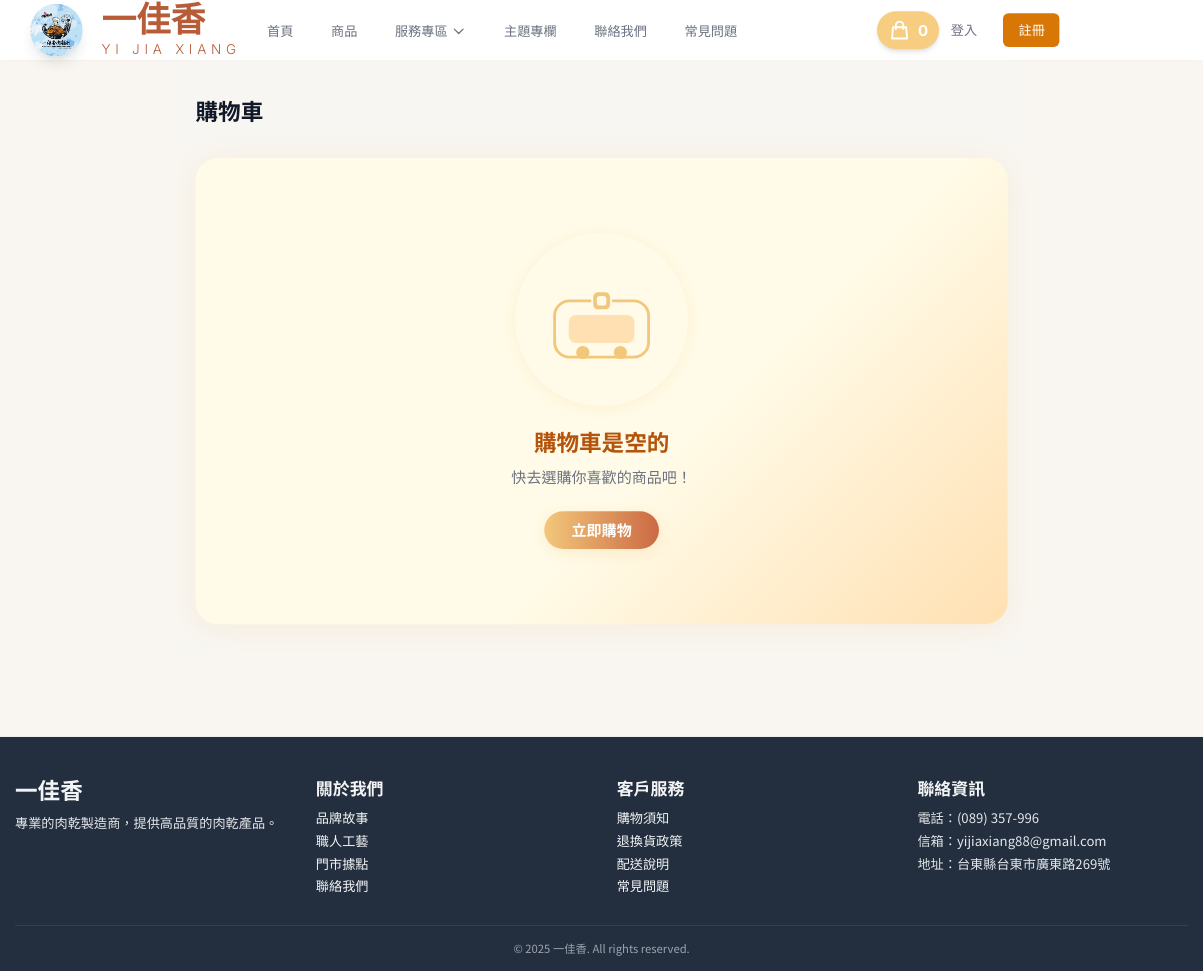
Repository: jack74387/YI-JIA-XIANG
Page: /cart (app in frontend/)
These files come from the project's save history. The page is drawn as it stood at one moment and after the next save; the edit follows.
The browser window is 1280 px wide. The pictures show the whole page, at 94% of full size.
The page's requests for data from a server got no answer. The project was rebuilt for these pictures with package versions that can differ from the ones it lists, and the page was loaded fresh each time. No one was signed in, and anything a server would have sent is missing. Also part of the build but not shown: frontend/vite.config.ts, frontend/src/components/ArticleBlock.vue, frontend/src/views/HomeView.vue, frontend/src/components/ProductImageGallery.vue, frontend/src/components/ProductInfo.vue, frontend/src/components/ProductTabs.vue, frontend/src/components/ProductAddToCartModal.vue, frontend/src/views/ProductDetailView.vue and 1 more.

Above is the page before, as saved 2025-08-14 08:14:38.

After the next save:
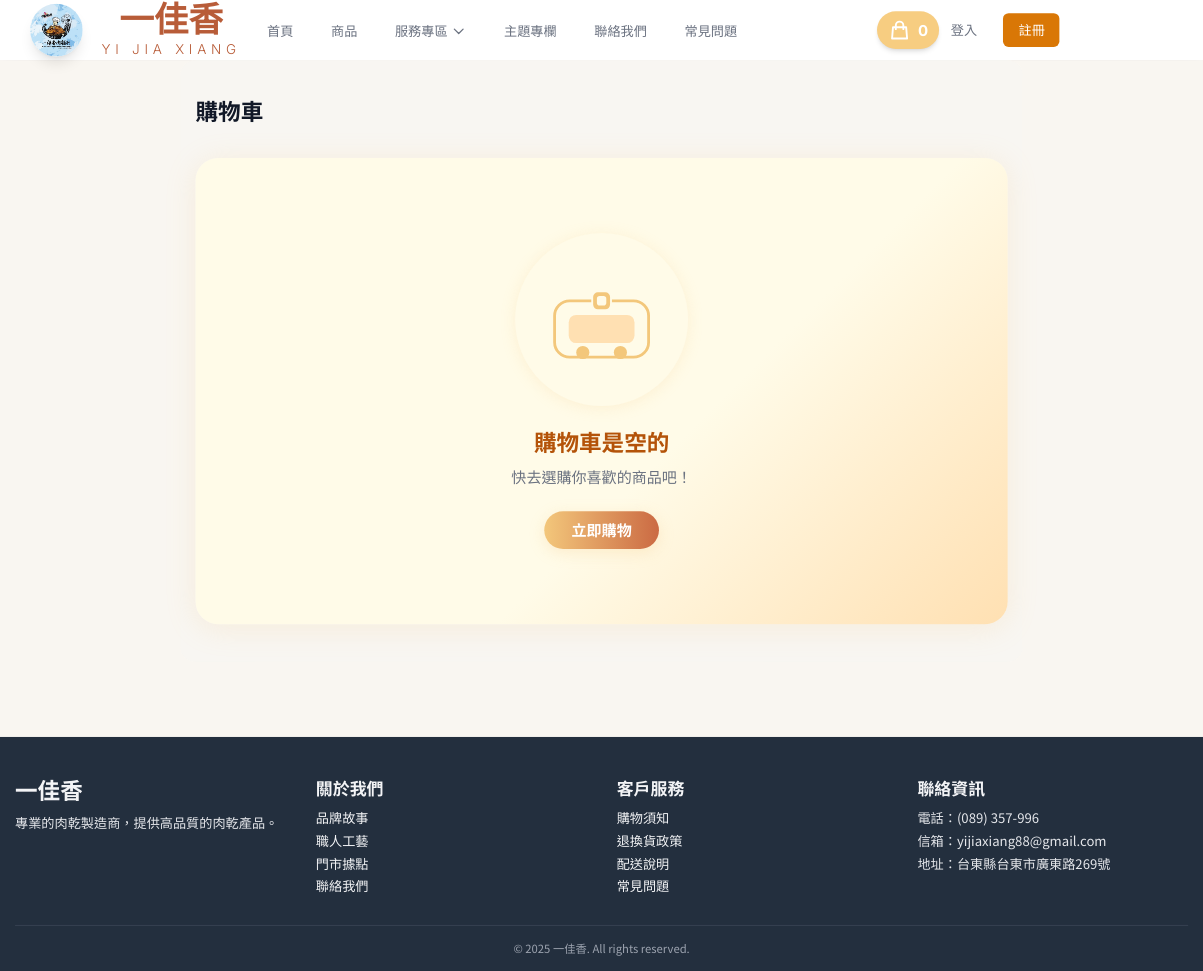
Saved 7 min 5 s later.
--- a/frontend/src/components/Navigation.vue
+++ b/frontend/src/components/Navigation.vue
@@ -5,7 +5,7 @@
         <div class="flex items-center">
           <router-link to="/" class="flex items-center space-x-5">
             <img src="/images/logo.jpg" alt="品牌LOGO" class="h-14 w-14 rounded-full object-cover shadow-lg" />
-            <div class="flex flex-col items-start justify-center leading-tight">
+            <div class="flex flex-col items-center justify-center leading-tight">
               <span
                 class="text-[2.3rem] font-black"
                 style="font-family: 'Noto Serif TC', 'Microsoft JhengHei', '微軟正黑體', serif; color: #b85c38; line-height: 1;"
